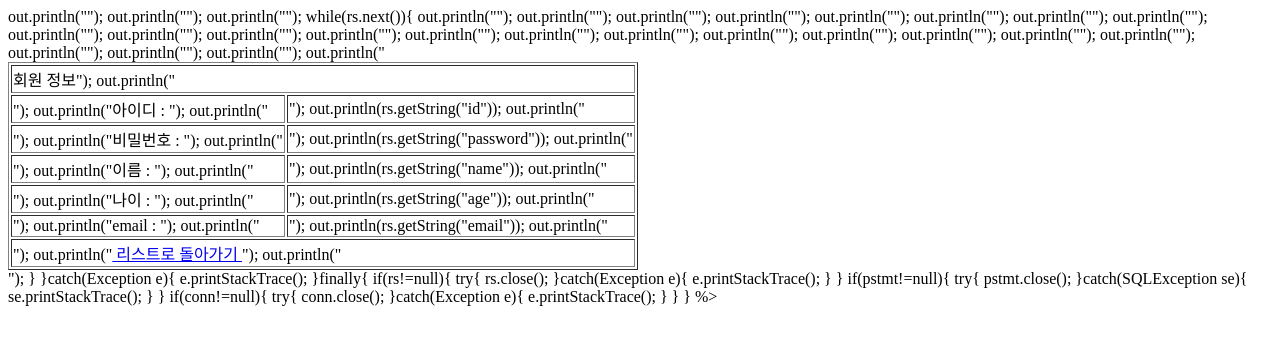
Repository: rumor1993/KH1
Page: http://localhost/JspProject/ch11/Member2/select.jsp
An editor plug-in stored every save of this project. The page is shown before and after the next save, followed by the edit.
The browser window is 1280 px wide. The pictures show the whole page.
The page is served by Tomcat 9.

Above is the page before, as saved 2018-05-08 03:26:26.

After the next save:
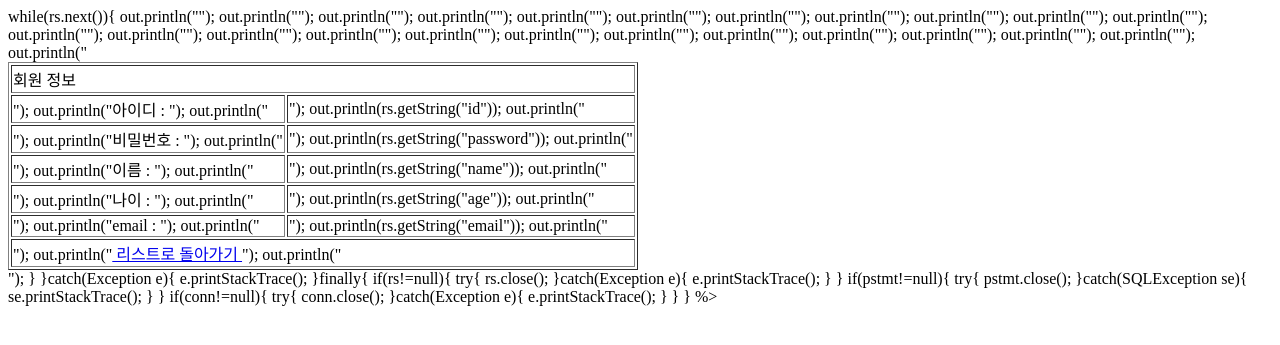
Saved 16 s later.
--- a/JspProject/WebContent/ch11/Member2/select.jsp
+++ b/JspProject/WebContent/ch11/Member2/select.jsp
@@ -15,10 +15,10 @@
 
 
 
-	out.println("<table border=1>");
-	out.println("<tr>");
-	out.println("<td colspan =2>회원 정보");
-	out.println("</tr>");
+	<table border=1>
+	<tr>
+	<td colspan =2>회원 정보</td>
+	</tr>
 	while(rs.next()){
 		out.println("<tr>");
 		out.println("<td>");
